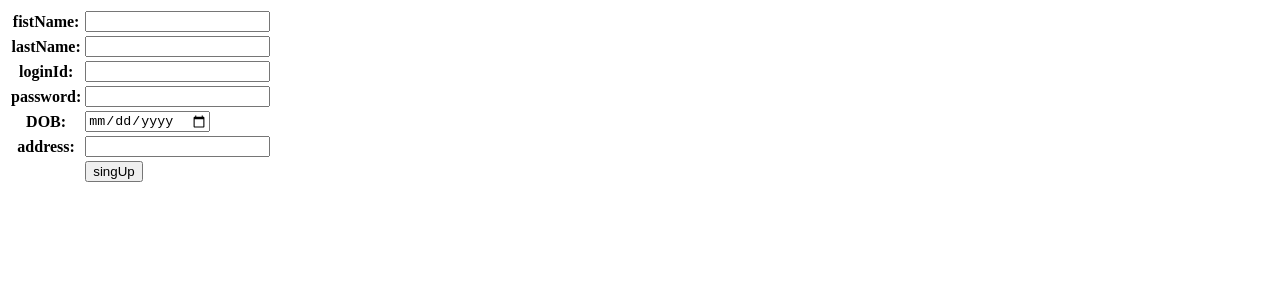
Repository: vikash9562/AdvanceJava
Page: http://localhost/DynamicProject/UserRegistration.jsp
These files come from the project's save history. The page is drawn as it stood at one moment and after the next save; the edit follows.
The browser window is 1280 px wide. The pictures show the whole page.
The page is served by Tomcat 9.

Above is the page before, as saved 2023-08-14 09:55:31.

After the next save:
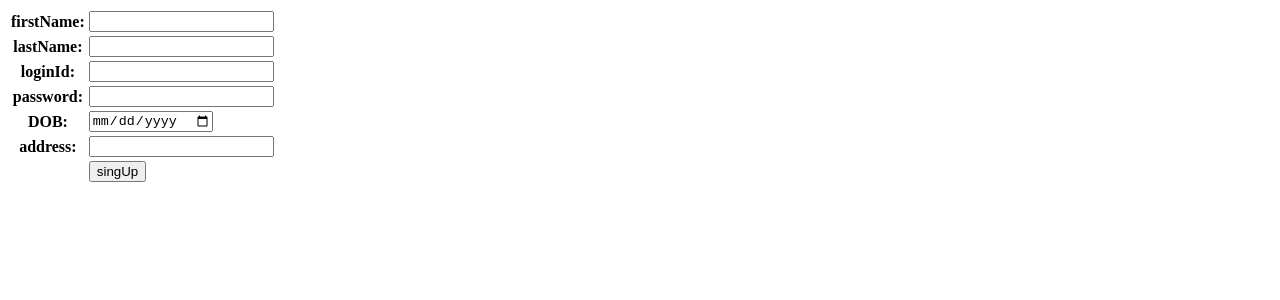
Saved 2 min 38 s later.
--- a/advance java/DynamicProject/WebContent/UserRegistration.jsp
+++ b/advance java/DynamicProject/WebContent/UserRegistration.jsp
@@ -10,8 +10,8 @@
 		<form action="Welcome.jsp">
 					<table>
 							<tr>
-								<th> fistName:</th>
-								<td><Input type="text"name="fistName"></td>
+								<th> firstName:</th>
+								<td><Input type="text"name="firstName"></td>
 							</tr>
 
 							<tr>
